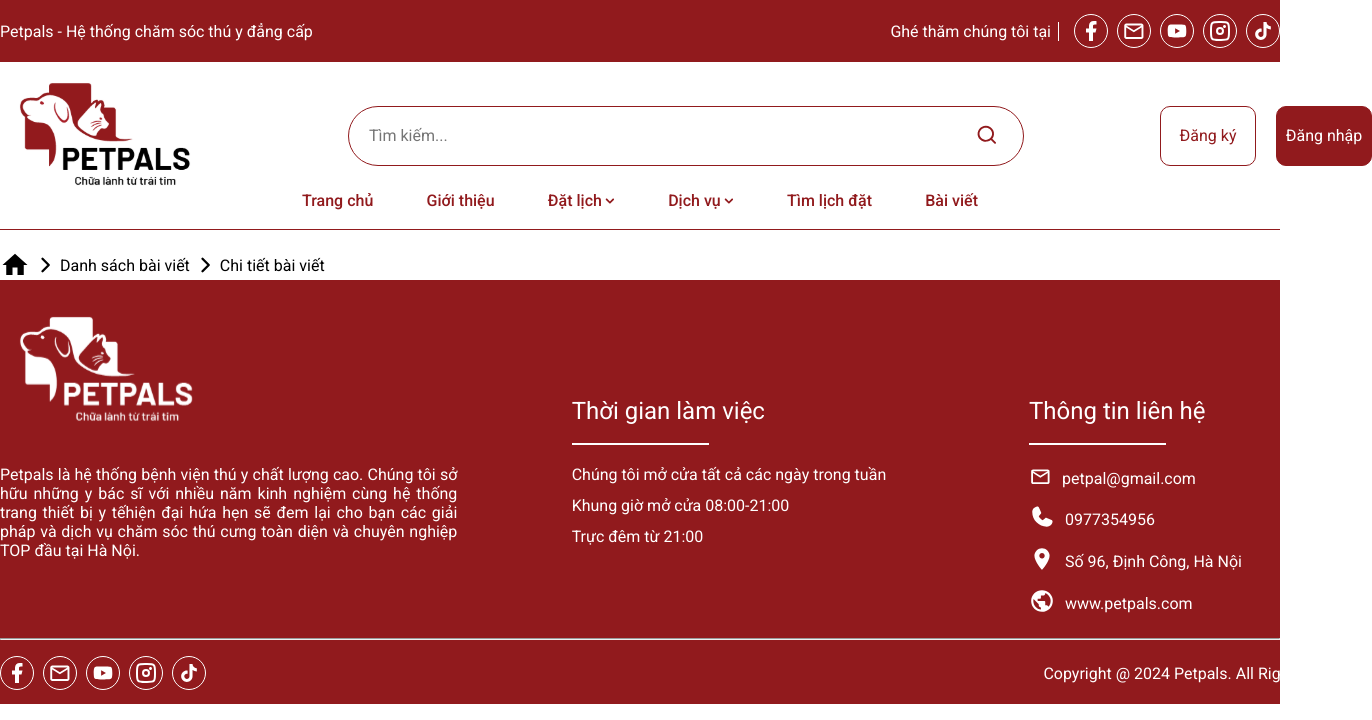
Repository: ahntrung1909/Petpals
Page: /danh-sach-bai-viet/chi-tiet-bai-viet (app in petpals-user-main/)
These files come from the project's save history. The page is drawn as it stood at one moment and after the next save; the edit follows.
The browser window is 1280 px wide. The page is 1372 px wide, so the pictures cover 1372 px, including what lies to the right of the window. The pictures show the whole page.
The project was rebuilt for these pictures with package versions that can differ from the ones it lists, and the page was loaded fresh each time. The framework's server and built-in components were replaced by stand-ins that run in the browser. Also part of the build but not shown: petpals-user-main/next.config.js, petpals-user-main/next.config.mjs.

Above is the page before, as saved 2024-04-14 17:13:02.

After the next save:
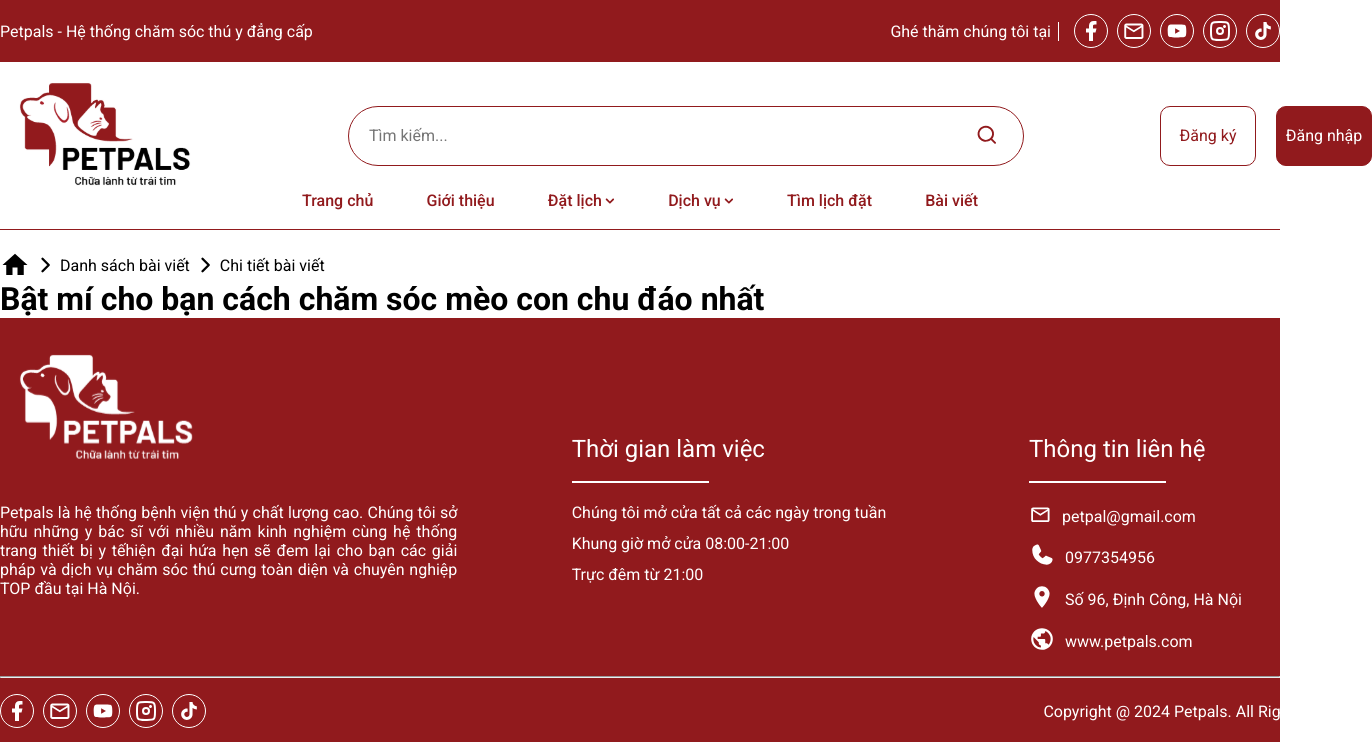
Saved 94 s later.
--- a/petpals-user-main/src/app/danh-sach-bai-viet/chi-tiet-bai-viet/page.js
+++ b/petpals-user-main/src/app/danh-sach-bai-viet/chi-tiet-bai-viet/page.js
@@ -11,6 +11,11 @@ export default function page() {
         <img src="/icon/iconamoon_arrow-right-2.svg" alt="" />
         <p>Chi tiết bài viết</p>
       </div>
+      <div className="article-section">
+        <h1 className="article-title">
+          Bật mí cho bạn cách chăm sóc mèo con chu đáo nhất
+        </h1>
+      </div>
     </main>
   );
 }
